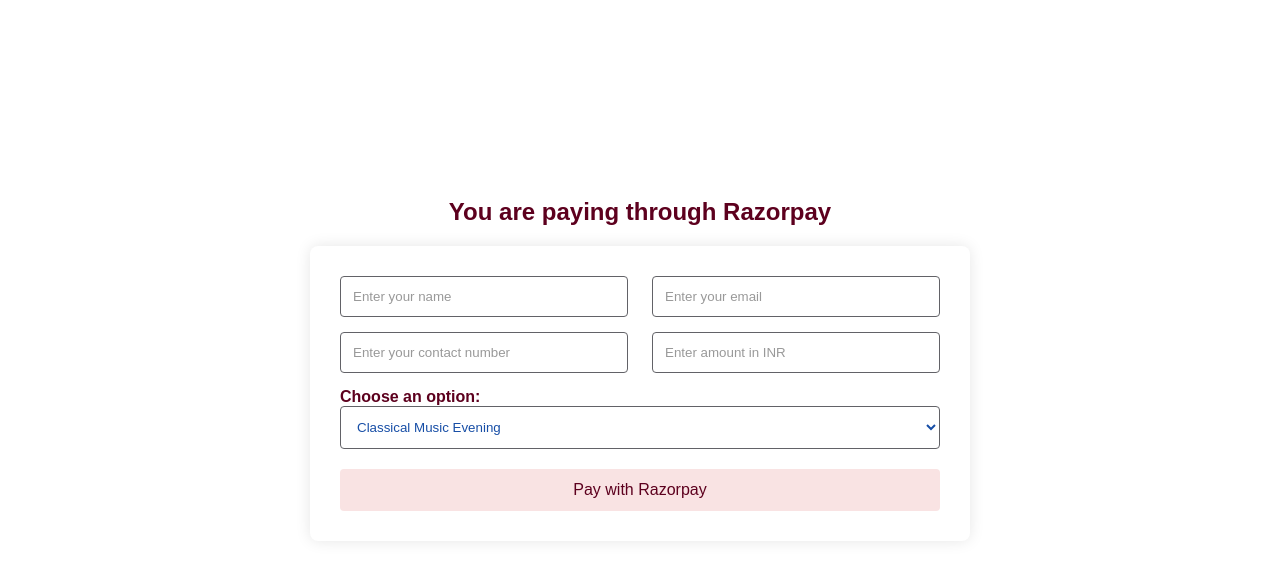
Repository: SharonSebastian32/razorpaypaymentgateway_implementation
Page: bookEventpage.html
The author's editor kept a copy of each file at every save. The page is drawn from the files as they stood at one save, then again after the next save.
The browser window is 1280 px wide. The pictures show the whole page.

Above is the page before, as saved 2024-08-09 07:22:21.

### bookEventpage.html
<!DOCTYPE html>
<html lang="en">
  <head>
    <meta charset="UTF-8" />
    <meta name="viewport" content="width=device-width, initial-scale=1.0" />
    <title>Razorpay Payment gateway</title>

    <style>
      :root {
        --primary-blue: #1a73e8;
        --light-blue: #626267;
        --dark-blue: #174ea6;
        --white: #ffffff;
        --light-gray: #f1f3f4;
      }

      body {
        font-family: Arial, sans-serif;
        background-color:5d001e;
        display: flex;
        justify-content: center;
        align-items: center;
        height: 100vh;
        margin: 0;
      }

      h2 {
        text-align: center;
        color: #5d001e;
        margin-bottom: 20px;
      }

      #paymentForm {
        background-color: var(--white);
        padding: 30px;
        border-radius: 8px;
        box-shadow: 0 0 15px rgba(0, 0, 0, 0.1);
        width: 600px;
      }

      .form-row {
        display: flex;
        justify-content: space-between;
        margin-bottom: 15px;
      }

      .form-group {
        flex: 0 0 48%;
      }

      input,
      select {
        width: 100%;
        padding: 12px;
        border: 1px solid var(--light-blue);
        border-radius: 4px;
        box-sizing: border-box;
        background-color: var(--white);
        color: var(--dark-blue);
        transition: border-color 0.3s ease;
      }

      input:focus,
      select:focus {
        outline: none;
        border-color: #5d001e;
      }

      input::placeholder {
        color: #999;
      }

      label {
        display: block;
        margin-top: 15px;
        color: #5d001e;
        font-weight: bold;
      }

      #rzp-button1 {
        width: 100%;
        padding: 12px;
        background-color: #f9e3e3;
        color: #5d001e;
        border: none;
        border-radius: 4px;
        cursor: pointer;
        font-size: 16px;
        margin-top: 20px;
        transition: background-color 0.3s ease;
      }

      #rzp-button1:hover {
        background-color: #5d001e;
        color: white;
      }
    </style>
  </head>
  <body>
    <div>
      <h2>You are paying through Razorpay</h2>

      <form id="paymentForm">
        <div class="form-row">
          <div class="form-group">
            <input
              type="text"
              id="name"
              placeholder="Enter your name"
              required
            />
          </div>
          <div class="form-group">
            <input
              type="email"
              id="email"
              placeholder="Enter your email"
              required
            />
          </div>
        </div>
        <div class="form-row">
          <div class="form-group">
            <input
              type="text"
              id="contact"
              placeholder="Enter your contact number"
              required
            />
          </div>
          <div class="form-group">
            <input
              type="text"
              id="amount"
              placeholder="Enter amount in INR"
              required
            />
          </div>
        </div>
        <label for="choices">Choose an option:</label>
        <select id="choices" name="choices">
          <!-- Options will be dynamically generated here -->
        </select>
        <button id="rzp-button1" type="submit">Pay with Razorpay</button>
      </form>
    </div>

    <!--------------------------paymentGatewayScripts--------------->
    <script src="./Script/paymentGateway.js"></script>

    <!--------------------------razorpayScript ---------------------->
    <script src="https://checkout.razorpay.com/v1/checkout.js"></script>
  </body>
</html>

### Script/paymentGateway.js
document.getElementById("paymentForm").addEventListener("submit", function (e) {
  e.preventDefault();
  var name = document.getElementById("name").value;
  var email = document.getElementById("email").value;
  var contact = document.getElementById("contact").value;
  var amount = document.getElementById("amount").value * 100;
  // Convert amount to paise

  var options = {
    key: "rzp_test_gCzBTQcb92KH3e", // Enter the Key ID generated from the Dashboard
    amount: amount.toString(), // Amount in currency subunits (100 paise = 1 INR)
    currency: "INR",
    name: "Ozwalz Events",
    description: "Thank You for booking event with Ozwalz Events",
    image: "./assets/images/logo.png",

    handler: function (response) {
      // Handle the response from Razorpay after payment
      // You can redirect to another page or save the response to your database
    },
    prefill: {
      name: name,
      email: email,
      contact: contact,
    },
    notes: {
      description: "Thank You for booking event with Ozwalz Events",
    },
    theme: {
      color: "#red",
    },
  };

  var rzp1 = new Razorpay(options);
  rzp1.open();
});

// API FOR FETCHING EVENTNAME

let eventData;

fetch("./JSON/event.json")
  .then((response) => response.json())
  .then((data) => {
    eventData = data;

    // Populate the select element with event names
    const selectElement = document.getElementById("choices");
    data.forEach((event) => {
      const option = document.createElement("option");
      option.value = event.id;
      option.text = event.eventName;
      selectElement.add(option);
    });

    // Add event listener to the select element
    selectElement.addEventListener("change", updatePriceInput);
  })
  .catch((error) => console.error("Error:", error));

function updatePriceInput() {
  const selectedEventId = document.getElementById("choices").value;
  const selectedEvent = eventData.find((event) => event.id === selectedEventId);

  if (selectedEvent) {
    document.getElementById("amount").value = selectedEvent.price.basePrice;
  } else {
    document.getElementById("amount").value = "";
  }
}

Loaded but not shown: JSON/event.json (899 lines, source omitted)

After the next save:
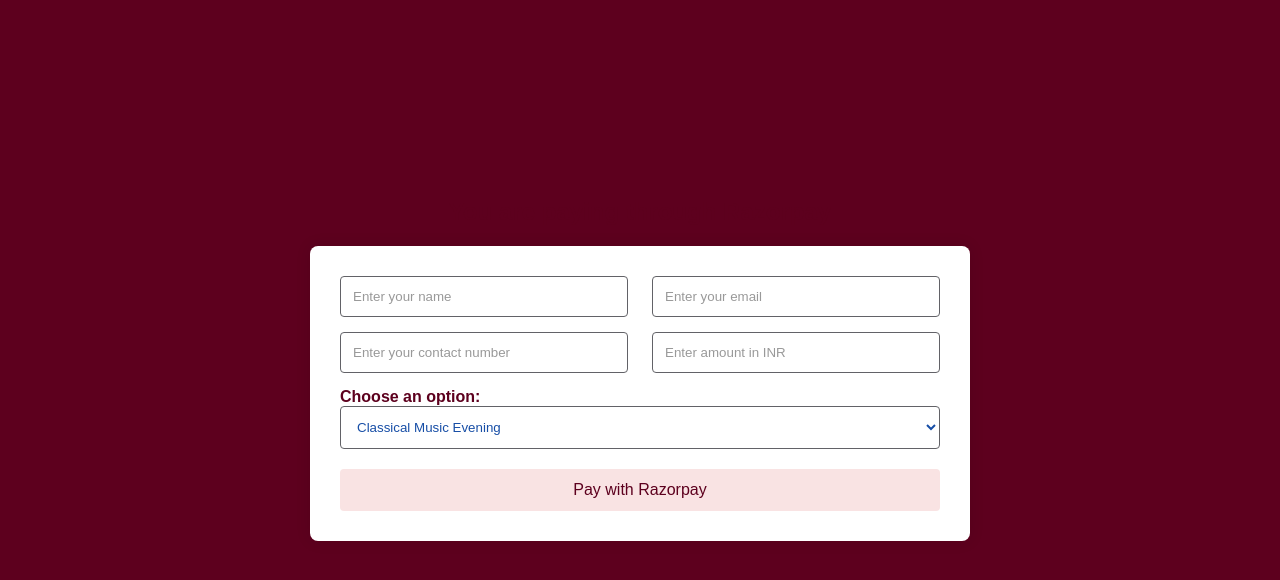
Saved 7 s later.
--- a/bookEventpage.html
+++ b/bookEventpage.html
@@ -16,7 +16,7 @@
 
       body {
         font-family: Arial, sans-serif;
-        background-color:5d001e;
+        background-color: #5d001e;
         display: flex;
         justify-content: center;
         align-items: center;

After the save that followed:
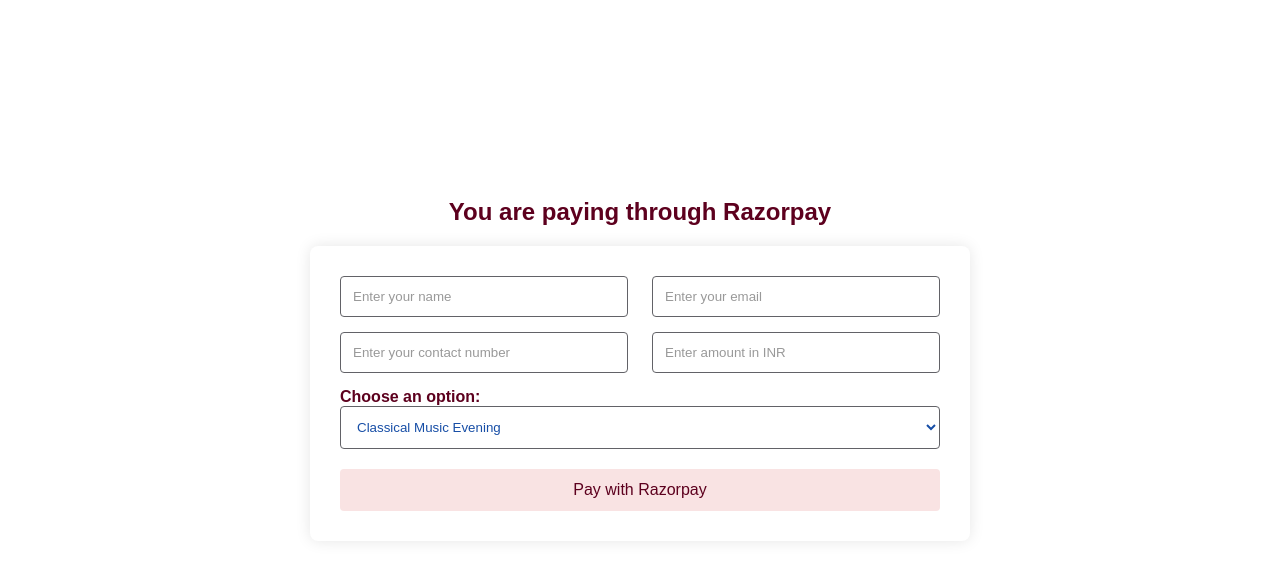
Saved 14 s later.
--- a/bookEventpage.html
+++ b/bookEventpage.html
@@ -16,7 +16,7 @@
 
       body {
         font-family: Arial, sans-serif;
-        background-color: #5d001e;
+        background-color: #ffffff;
         display: flex;
         justify-content: center;
         align-items: center;
